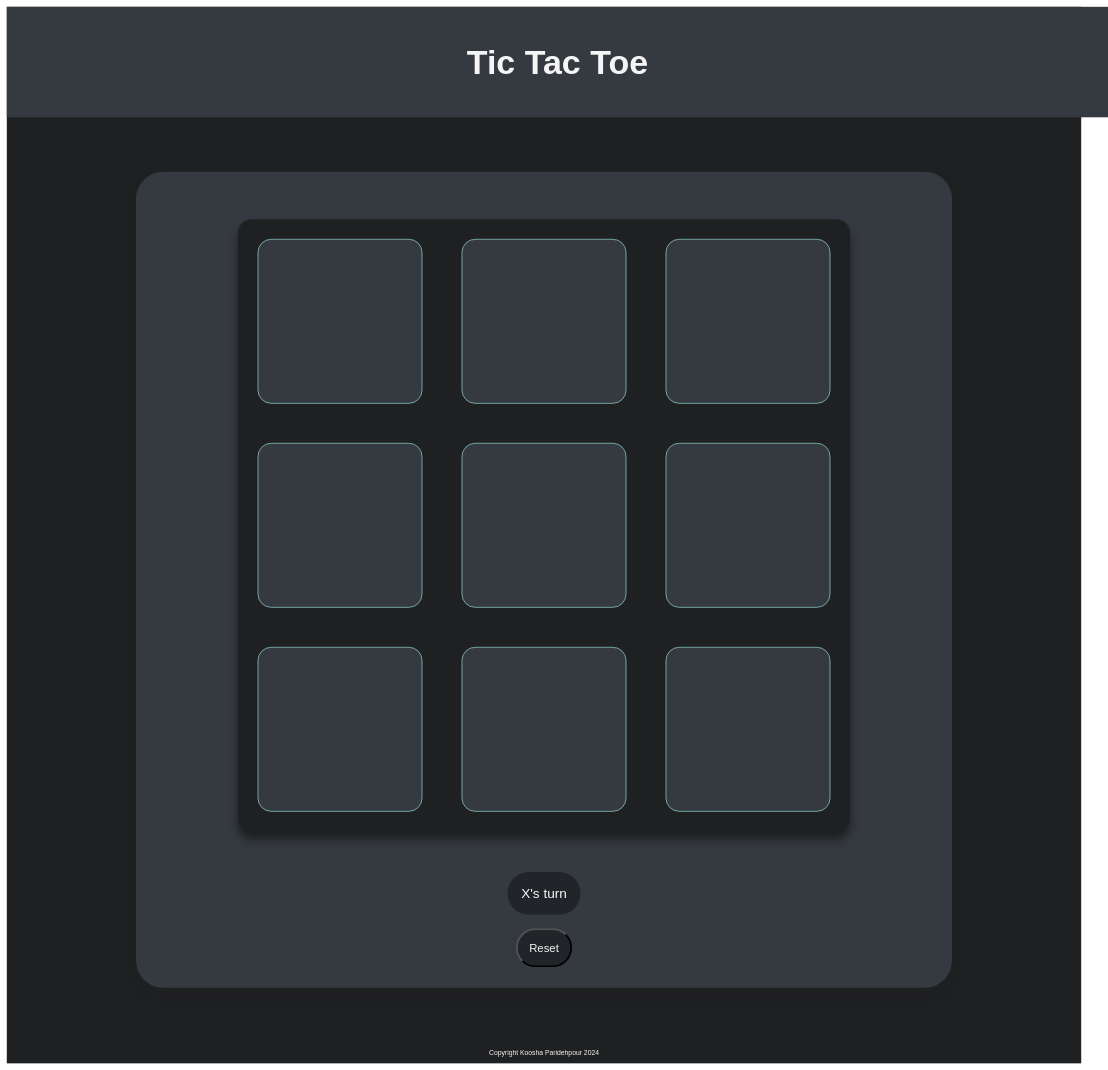
Repository: KooshaPari/odin-TTT
Page: index.html
An editor plug-in stored every save of this project. The page is shown before and after the next save, followed by the edit.
The browser window is 1280 px wide. The page is 1304 px wide, so the pictures cover 1304 px, including what lies to the right of the window. The pictures show the whole page, at 85% of full size.

Above is the page before, as saved 2024-03-14 23:45:43.

### index.html
<!doctype html>
<html lang="en">
  <head>
    <meta charset="UTF-8" />

    <link rel="stylesheet" href="./style.css" />
    <meta name="viewport" content="width=device-width, initial-scale=1.0" />
    <title>Document</title>
  </head>
  <body>
    <div id="parent">
      <div id="header">
        <h1>Tic Tac Toe</h1>
      </div>
      <div id="body">
        <div id="game">
          <div id="board">
            <div class="square" id="0"></div>
            <div class="square" id="1"></div>
            <div class="square" id="2"></div>
            <div class="square" id="3"></div>
            <div class="square" id="4"></div>
            <div class="square" id="5"></div>
            <div class="square" id="6"></div>
            <div class="square" id="7"></div>
            <div class="square" id="8"></div>
          </div>
          <div id="status">X's turn</div>
          <button id="reset">Reset</button>
        </div>
      </div>
      <div id="footer">
        <p>Copyright Koosha Paridehpour 2024</p>
      </div>
    </div>
  </body>
  <script src="./lib.js"></script>
</html>

### style.css
* {
  font-family: sans-serif;
}
#parent {
  background-color: #1f2022;
  width: 100%;
  height: 100%;
}
#header {
  background-color: #353a40;
  padding: 1.25%;
  width: 100%;
  height: 100%;
}
#header h1 {
  color: #f6f5f5;

  font-size: 2.5em;
}
#footer p {
  color: #f6f5f5;
  font-size: 0.5em;
}

#header,
#footer,
#body {
  display: flex;
  align-items: center;
  justify-content: center;
}
#title {
  color: #f6f5f5;
}
#body {
  flex-direction: column;
}
#game {
  transition: 2.5s ease-in-out;
  display: flex;
  flex-direction: column;
  justify-content: center;
  align-items: center;
  background-color: #353a40;
  border-radius: 2em;
  margin: 5vw;
  box-shadow: 0px 10px 10px #1f2022;
  width: 75vw;
  height: 75vw;
  -webkit-border-radius: 2em;
  -moz-border-radius: 2em;
  -ms-border-radius: 2em;
  -o-border-radius: 2em;
  -webkit-transition: 2.5s ease-in-out;
  -moz-transition: 2.5s ease-in-out;
  -ms-transition: 2.5s ease-in-out;
  -o-transition: 2.5s ease-in-out;
}
#board {
  display: grid;
  grid-template-columns: 1fr 1fr 1fr;
  width: 75%;
  transition: 1s ease-in-out;
  height: 75%;
  background-color: #1f2022;
  border-radius: 1em;
  margin: 2em;

  align-items: center;
  justify-content: center;
  box-shadow: 0px 10px 10px #1f2022;
  -webkit-border-radius: 1em;
  -moz-border-radius: 1em;
  -ms-border-radius: 1em;
  -o-border-radius: 1em;
  -webkit-transition: 1s ease-in-out;
  -moz-transition: 1s ease-in-out;
  -ms-transition: 1s ease-in-out;
  -o-transition: 1s ease-in-out;
}
#board:hover {
  transform: scale(1.025) translate(0, -1em);
  transition: 0.5s ease-in-out;
  -webkit-transform: scale(1.025) translate(0, -1em);
  -moz-transform: scale(1.025) translate(0, -1em);
  -ms-transform: scale(1.025) translate(0, -1em);
  -o-transform: scale(1.025) translate(0, -1em);
  -webkit-transition: 0.5s ease-in-out;
  -moz-transition: 0.5s ease-in-out;
  -ms-transition: 0.5s ease-in-out;
  -o-transition: 0.5s ease-in-out;
}
#game:hover {
  transform: scale(1.05) translate(0, -0.5em);
  transition: 10s ease-in-out;
  -webkit-transform: scale(1.05) translate(0, -0.5em);
  -moz-transform: scale(1.05) translate(0, -0.5em);
  -ms-transform: scale(1.05) translate(0, -0.5em);
  -o-transform: scale(1.05) translate(0, -0.5em);
  -webkit-transition: 10s ease-in-out;
  -moz-transition: 10s ease-in-out;
  -ms-transition: 10s ease-in-out;
  -o-transition: 10s ease-in-out;
}
.square {
  transition 0.4s ease-in-out;
  justify-self: center;
  border: 0.1px solid #7ebab5;
  width: 80%;
  flex: 0;
  border-radius: 1em;
  height: 80%;
  background-color: #353a40;
  text-align: center;
  justify-content: center;
  display: flex;
  cursor: pointer;
  align-items: center;
  white-space: nowrap;
}
.square p {
  font-size: 4em;
  color: #7ebab5;
  font-weight: bold;
  overflow: hidden;
  align-self: center;
  justify-self: center;
  text-align: center;
  padding: 0;
  margin: 0;
  display: inline;
}
.square:hover {
  transform: scale(1.05) translate(0, -0.5em);
  background-color: #454a50;
  transition 0.4s ease-in-out;
  -webkit-transform: scale(1.05) translate(0, -0.5em);
  -moz-transform: scale(1.05) translate(0, -0.5em);
  -ms-transform: scale(1.05) translate(0, -0.5em);
  -o-transform: scale(1.05) translate(0, -0.5em);
}
.square:active, {
  transform: scale(1.1) translate(0, 0.5em);
  background-color: #151a30;
  transition:0.2s ease-in-out;
  -webkit-transition:0.2s ease-in-out;
  -moz-transition:0.2s ease-in-out;
  -ms-transition:0.2s ease-in-out;
  -o-transition:0.2s ease-in-out;
  -webkit-transform: scale(1.1) translate(0, 0.5em);
  -moz-transform: scale(1.1) translate(0, 0.5em);
  -ms-transform: scale(1.1) translate(0, 0.5em);
  -o-transform: scale(1.1) translate(0, 0.5em);
}
#status{ padding:1em; background-color:#212529; color:#f6f5f5; border-radius:2em; margin:1em; }
#reset{ padding:1em; background-color:#212529; color:#f6f5f5; border-radius:2em;  }

### lib.js
let board = [0, 0, 0, 0, 0, 0, 0, 0, 0]
function playTTT(square) {
  square.textContent = 'X'
  board[square.id] = 'X'
  let com = 0
  while (board[com] != 0) {
    com = Math.floor(Math.random() * 9)
  }
  console.log(com)
  board[com] = 'O'
  let comSq = document.getElementById(com)
  console.log(comSq)
  comSq.textContent = 'O'
  let res = checkWin() != false
  if (res != false) {
    console.log(res)
  }
}
const squares = document.querySelectorAll('.square')
squares.forEach((square) =>
  square.addEventListener('click', () => {
    playTTT(square)
  })
)
function checkWin() {
  if (board[0] != '0' && board[0] === board[1] && board[1] === board[2]) {
    console.log(board[0] + ' wins')
    return board[0]
  }
  if (board[3] != '0' && board[3] === board[4] && board[4] === board[5]) {
    console.log(board[3] + ' wins')
    return board[3]
  }
  if (board[6] != '0' && board[6] === board[7] && board[7] === board[8]) {
    console.log(board[6] + ' wins')
    return board[6]
  }
  if (board[0] != '0' && board[0] === board[3] && board[3] === board[6]) {
    console.log(board[0] + ' wins')
    return board[0]
  }
  if (board[1] != '0' && board[1] === board[4] && board[4] === board[7]) {
    console.log(board[1] + ' wins')
    return board[1]
  }
  if (board[2] != '0' && board[2] === board[5] && board[5] === board[8]) {
    console.log(board[2] + ' wins')
    return board[2]
  }
  if (board[0] != '0' && board[0] === board[4] && board[4] === board[8]) {
    console.log(board[0] + ' wins')
    return board[0]
  }
  if (board[2] != '0' && board[2] === board[4] && board[4] === board[6]) {
    console.log(board[2] + ' wins')
    return board[2]
  }
  return false
}

After the next save:
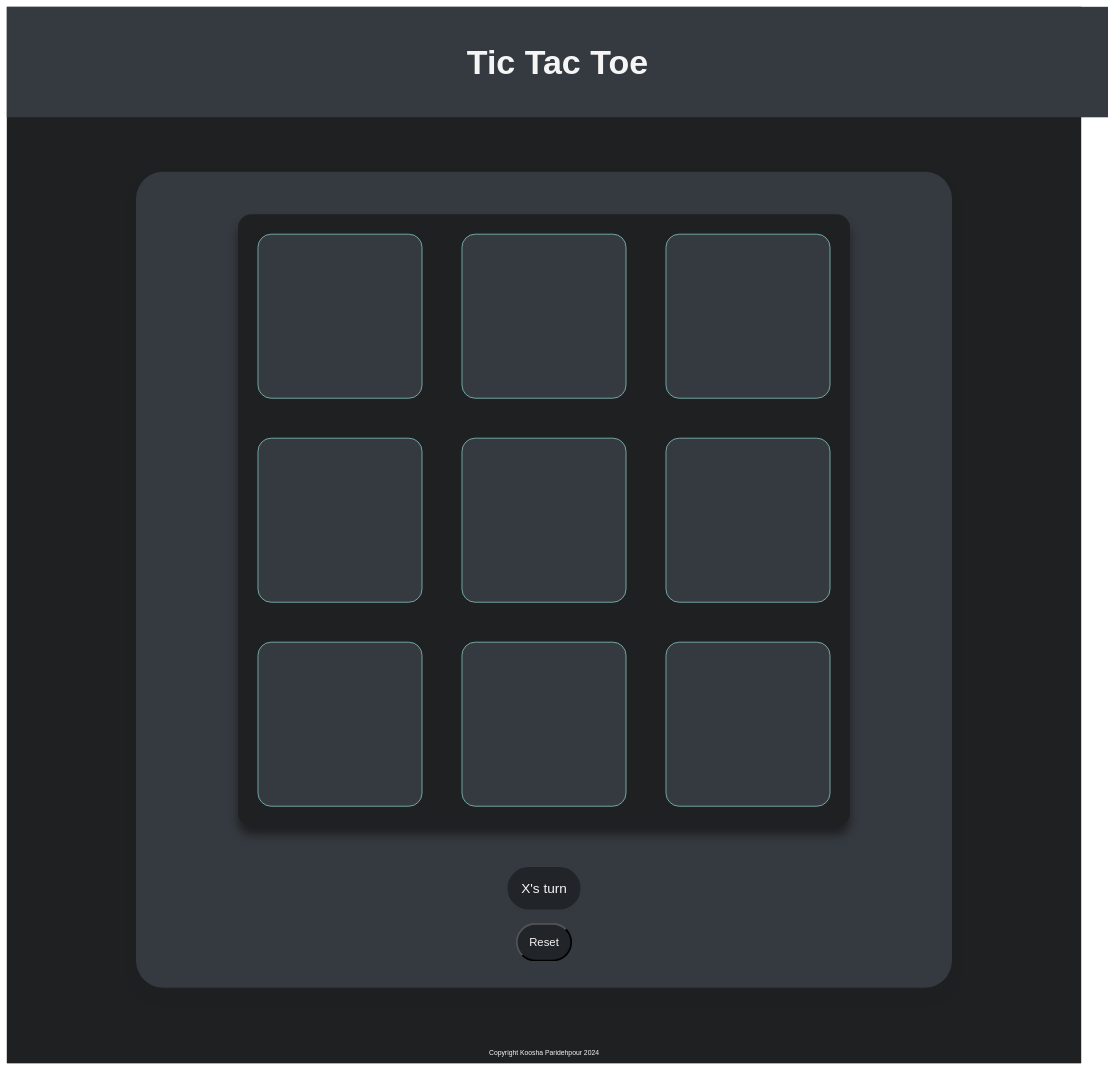
Saved 15 s later.
--- a/style.css
+++ b/style.css
@@ -153,4 +153,4 @@
   -o-transform: scale(1.1) translate(0, 0.5em);
 }
 #status{ padding:1em; background-color:#212529; color:#f6f5f5; border-radius:2em; margin:1em; }
-#reset{ padding:1em; background-color:#212529; color:#f6f5f5; border-radius:2em;  }
+#reset{ padding:1em; background-color:#212529; color:#f6f5f5; border-radius:2em;  margin-bottom: 1em;;}
